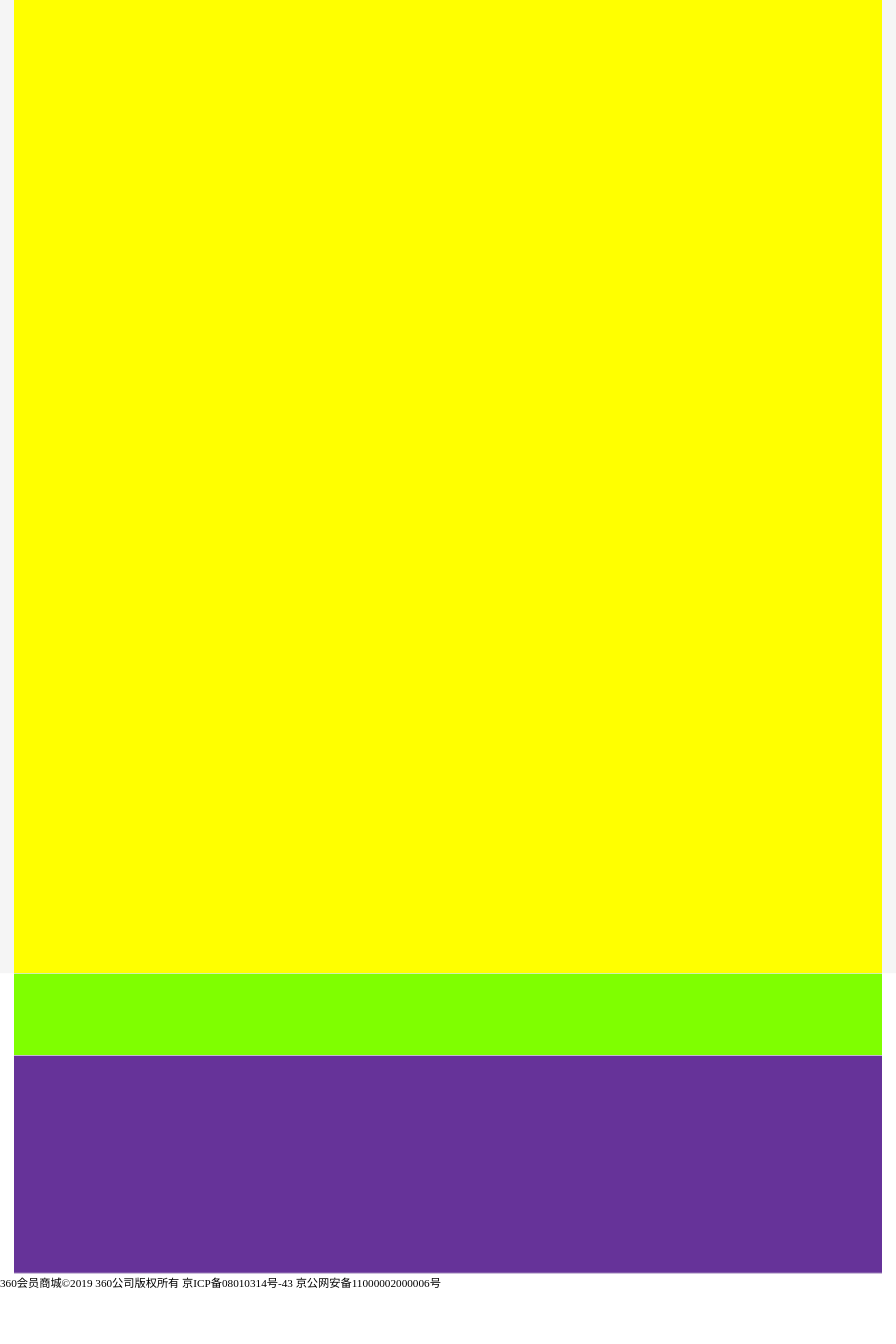
Repository: zhanguangJ/360Mark
Page: main.html
These files come from the project's save history. The page is drawn as it stood at one moment and after the next save; the edit follows.
The browser window is 1280 px wide. The pictures show the part of the page from y = 2386 to 4306 px (the page is 4306 px tall), at 70% of full size.

Above is the page before, as saved 2019-05-07 20:54:41.

After the next save:
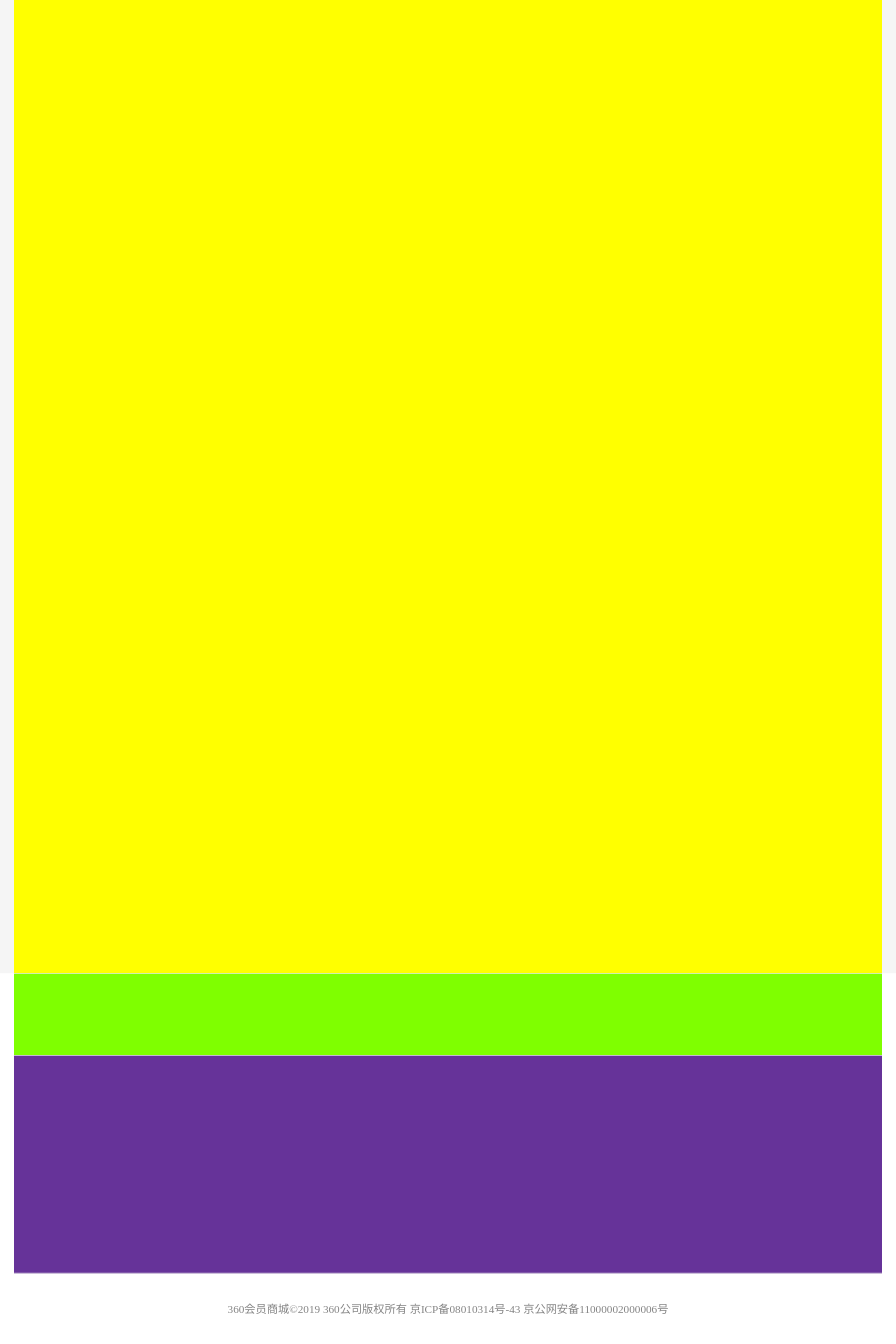
Saved 81 s later.
--- a/src/css/index.css
+++ b/src/css/index.css
@@ -71,4 +71,7 @@
 /* 备案 */
 .footer-copyright{
     height: 101px;
+    text-align: center;
+    line-height: 101px;
+    color: #848484;
 }
